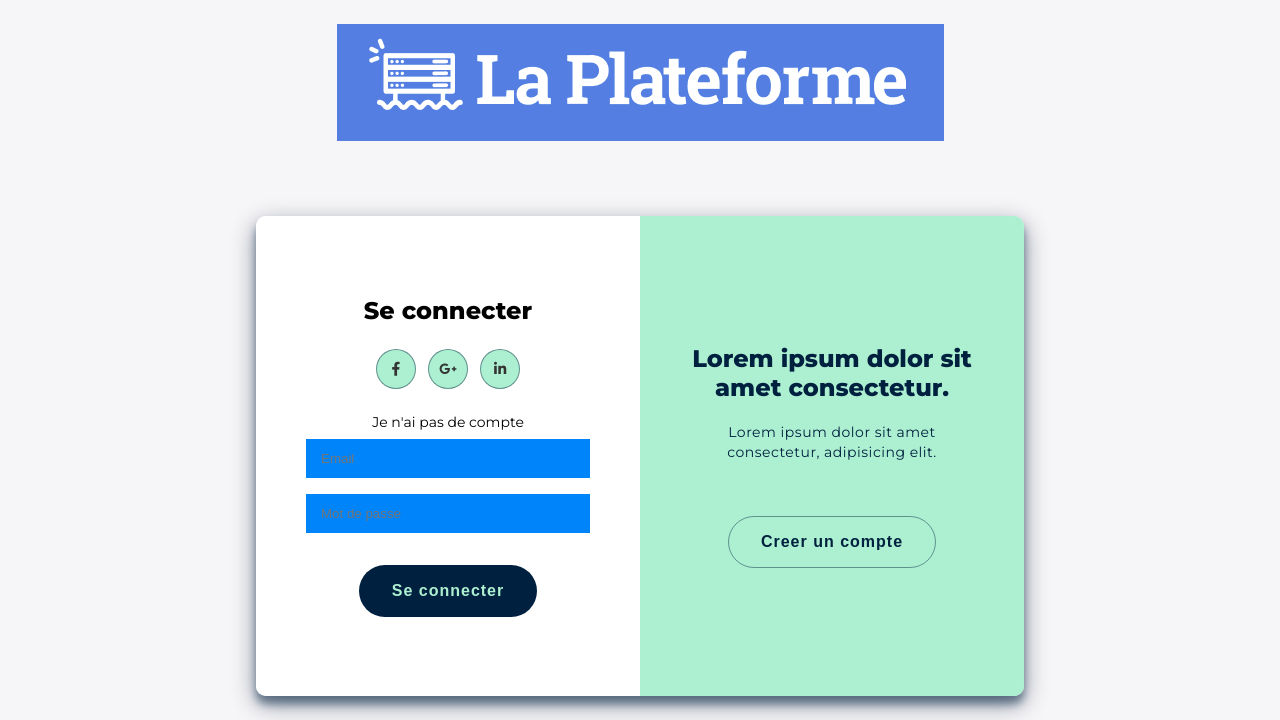
Repository: karim-sebih/runtrackJs
Page: bigjob/index.html
An editor plug-in stored every save of this project. The page is shown before and after a run of saves, followed by the edit.
The browser window is 1280 px wide. The pictures show the whole page.
The pointer rests on the first visible `button`.
Some web libraries are served in a nearby version.

Above is the page before, as saved 2025-03-20 11:54:22.
Console error: TypeError: Cannot read properties of null (reading 'addEventListener')

### bigjob/index.html
<!DOCTYPE html>
<html lang="fr">

<head>
	<meta charset="utf-8" />
	<title>formulaire</title>
	<link rel="stylesheet" href="./Css/index.css" />
	<link rel="stylesheet" href="https://cdnjs.cloudflare.com/ajax/libs/font-awesome/5.14.0/css/all.min.css" />
</head>

<body>
    <div class="logo" >

        <img src="/asset/logo-laplateforme-2024.png" alt="logo laplateforme">
    </div>
	<div class="container" id="container">
		<div class="form-container sign-up-container">
			<form action="#">
				<h1>Creer un compte</h1>
				<div class="social-container">
					<a href="#"><i class="fab fa-facebook-f"></i></a>
					<a href="#"><i class="fab fa-google-plus-g"></i></a>
					<a href="#"><i class="fab fa-linkedin-in"></i></a>
				</div>
				<span>Utiliser compte gmail</span>
				<input type="text" placeholder="Nom">
				<input type="email" placeholder="Email">
				<input type="password" placeholder="Mot de passe">
				<button>Creer le compte</button>
			</form>
		</div>
		<div class="form-container login-container">
			<form action="#">
				<h1>Se connecter</h1>
				<div class="social-container">
					<a href="#"><i class="fab fa-facebook-f"></i></a>
					<a href="#"><i class="fab fa-google-plus-g"></i></a>
					<a href="#"><i class="fab fa-linkedin-in"></i></a>
				</div>
				<span>Je n'ai pas de compte</span>
				<input type="email" placeholder="Email">
				<input type="password" placeholder="Mot de passe">
				<button>Se connecter</button>
			</form>
		</div>

		<div class="overlay-container">
			<div class="overlay">
				<div class="overlay-panel overlay-left">
					<h1>Lorem ipsum dolor sit amet consectetur.</h1>
					<p>Lorem ipsum dolor sit amet consectetur, adipisicing elit.</p>
					<button class="ghost" id="login">Se connecter</button>
				</div>
				<div class="overlay-panel overlay-right">
					<h1>Lorem ipsum dolor sit amet consectetur.</h1>
					<p>Lorem ipsum dolor sit amet consectetur, adipisicing elit. </p>
					<button class="ghost" id="signUp">Creer un compte</button>
				</div>
			</div>
		</div>
	</div>

	<script src="script.js" charset="utf-8"></script>
</body>

</html>

### bigjob/css/index.css
@import url('https://fonts.googleapis.com/css?family=Montserrat:400,800');

* {
	box-sizing: border-box;
	margin: 0;
	padding: 0;
}

body {
	background: #f6f5f7;
	display: flex;
	justify-content: center;
	align-items: center;
	flex-direction: column;
	font-family: 'Montserrat', sans-serif;
	height: 100vh;
}

.logo {
    display: flex;
    align-content: center;
    justify-content: center;
    margin-bottom:75px ;
}


.container{
	position: relative;
	overflow: hidden;
	min-height: 480px;
	width: 768px;
	max-width: 100%;
	background-color: #fff;
	border-radius: 10px;
	box-shadow: 0 8px 24px  rgba(0, 32, 63, .45),
		  0 8px 8px rgba(0, 32, 63, .45);
}

.form-container {
	position: absolute;
	top: 0;
	height: 100%;
	transition: .6s ease-in-out;
}

.sign-up-container {
	left: 0;
	width: 50%;
	opacity: 0;
	z-index: 1;
}

.container.panel-active .sign-up-container {
	transform: translateX(100%);
	opacity: 1;
	z-index: 5;
	animation: show .6s
}

@keyframes show {
	0%, 49.99% {
		opacity: 0;
		z-index: 1;
	}

	50%, 100% {
		opacity: 1;
		z-index: 5;
	}
}

.container.panel-active .login-container {
	transform: translateX(100%);
}

.login-container {
	left: 0;
	width: 50%;
	z-index: 2;
}

form {
	background-color: #fff;
	display: flex;
	align-items: center;
	justify-content: center;
	flex-direction: column;
	padding: 0 50px;
	height: 100%;
	text-align: center;
}

input {
	background-color: #0084FA;
	border: none;
	padding: 12px 15px;
	margin: 8px 0;
	width: 100%;
}

button.ghost {
	background-color: transparent;
}

button {
	background-color: #0084FA;
	color: #00203f;
	border: 1px solid #0084FA;
	font-size: 16px;
	font-weight: bold;
	padding: 16px 32px;
	margin-top: 24px;
	letter-spacing: 1px;
	border-radius: 50px;
	border-color: rgba(0, 32, 63, .45);
	transition: .2s ease-in;
}

button:hover {
	cursor: pointer;
	background-color: #00203f;
	color: #adf0d1;
}

button:active {
	transform: scale(.95);
}

.social-container {
	margin: 24px 0;
}

.social-container a {
	display: inline-flex;
	justify-content: center;
	align-items: center;
	margin: 0 4px;
	height: 40px;
	width: 40px;
	border-radius: 50%;
	background-color: #adf0d1;
	border: 1px solid rgba(0, 32, 63, .45);
}

h1 {
	margin: 0;
	font-size: 24px;
}

span {
	font-size: 14px;
}

a {
	text-decoration: none;
	font-size: 14px;
	margin: 8px 0 16px;
	color: #333;
}

.overlay-container {
	position: absolute;
	top: 0;
	left: 50%;
	width: 50%;
	height: 100%;
	overflow: hidden;
	z-index: 100;
	transition: transform .6s ease-in-out;
}

.container.panel-active .overlay-container {
	transform: translateX(-100%);
}

.overlay {
	background: linear-gradient(to right, #adf0d1, #e7f0fd);
	background: #adf0d1;
	color: #00203f;
	position: relative;
	left: -100%;
	height: 100%;
	width: 200%;
	transform: translateX(0);
	transition: transform .6s ease-in-out;
}

.container.panel-active .overlay {
	transform: translateX(50%);
}

.overlay-panel {
	position: absolute;
	display: flex;
	align-items: center;
	justify-content: center;
	flex-direction: column;
	padding: 0 40px;
	text-align: center;
	top: 0;
	height: 100%;
	width: 50%;
	transform: translateX(0);
	transition: transform .6s ease-in-out;
}

.overlay-left {
	transform: translateX(-20%);
}

.container.panel-active .overlay-left {
	transform: translateX(0);
}

.overlay-right {
	right: 0;
	transform: translateX(0);
}

.container.panel-active .overlay-right {
	transform: translateX(20%);
}

p {
	font-size: 14px;
	font-weight: 100;
	line-height: 20px;
	letter-spacing: .5px;
	margin: 20px 0 30px;
}

### bigjob/js/script.js

const container = document.getElementById('container');
const loginButton = document.getElementById('connecter');
const signUpButton = document.getElementById('inscription');

signUpButton.addEventListener('click', () => {
	container.classList.add('panel-active');
})

loginButton.addEventListener('click', () => {
	container.classList.remove('panel-active');
})

After the next 4 saves:
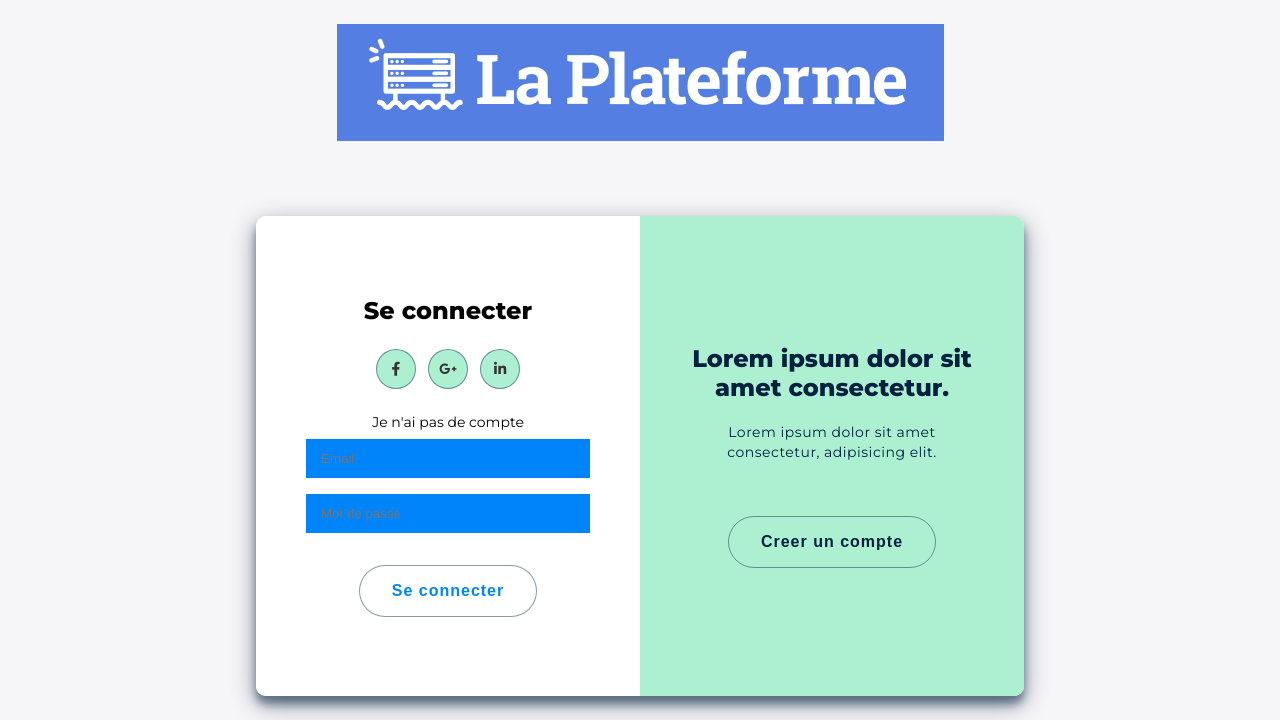
The 4 saves are shown as one change because they came seconds apart.
The last was saved 8 s later.
--- a/bigjob/css/index.css
+++ b/bigjob/css/index.css
@@ -118,8 +118,8 @@ button {
 
 button:hover {
 	cursor: pointer;
-	background-color: #00203f;
-	color: #adf0d1;
+	background-color: #fff;
+	color: #0084FA;
 }
 
 button:active {
